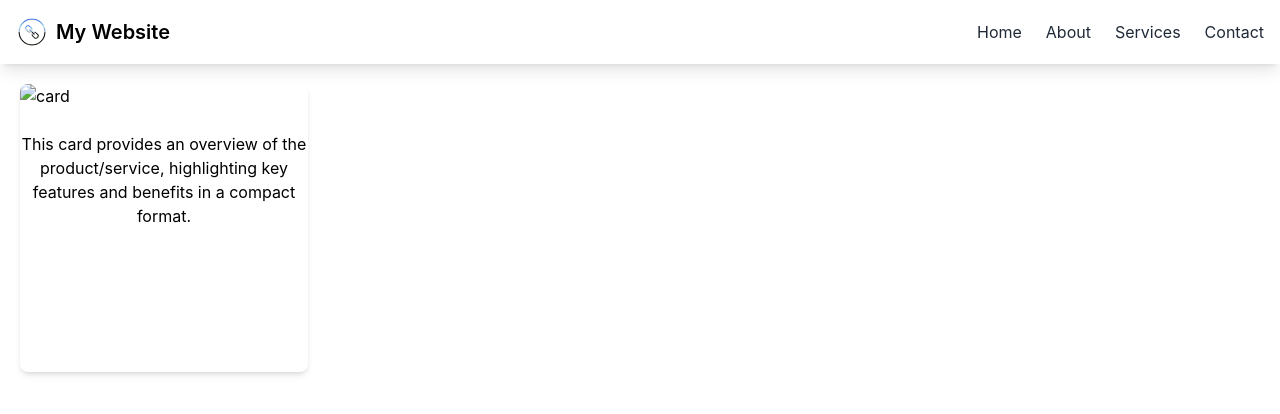
Repository: Abel-A16/react-tailwind
Page: /
These files come from the project's save history. The page is drawn as it stood at one moment and after the next save; the edit follows.
The browser window is 1280 px wide. The pictures show the whole page.
The project was rebuilt for these pictures with package versions that can differ from the ones it lists, and the page was loaded fresh each time.

Above is the page before, as saved 2024-10-11 11:22:58.

After the next save:
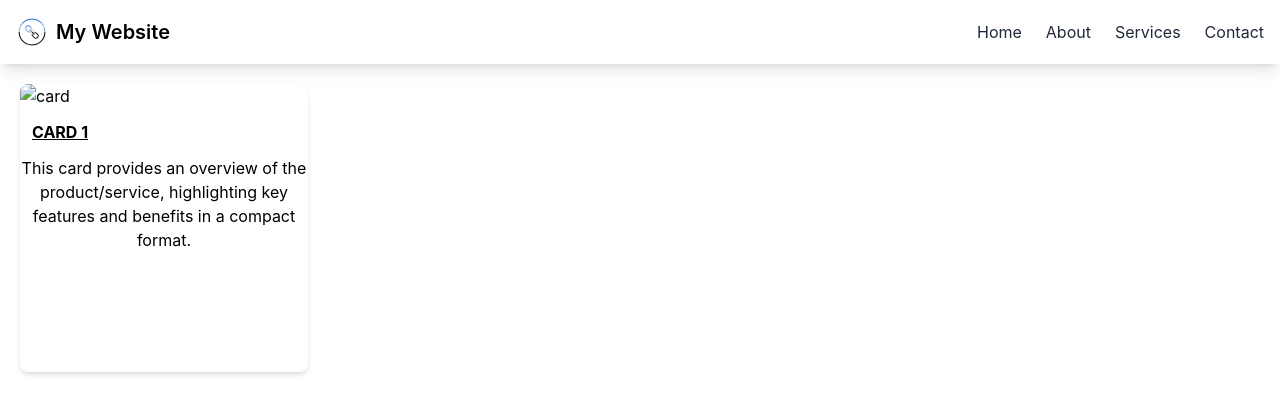
Saved 24 s later.
--- a/src/App.js
+++ b/src/App.js
@@ -8,7 +8,7 @@
     <div className="App">
       <NavBar/>
       <div className='flex flex-wrap '>
-        <CardComponent description={"This card provides an overview of the product/service, highlighting key features and benefits in a compact format. "}/>
+        <CardComponent description={"This card provides an overview of the product/service, highlighting key features and benefits in a compact format. "} title={"CARD 1"}/>
       </div>
       </div>
   );
